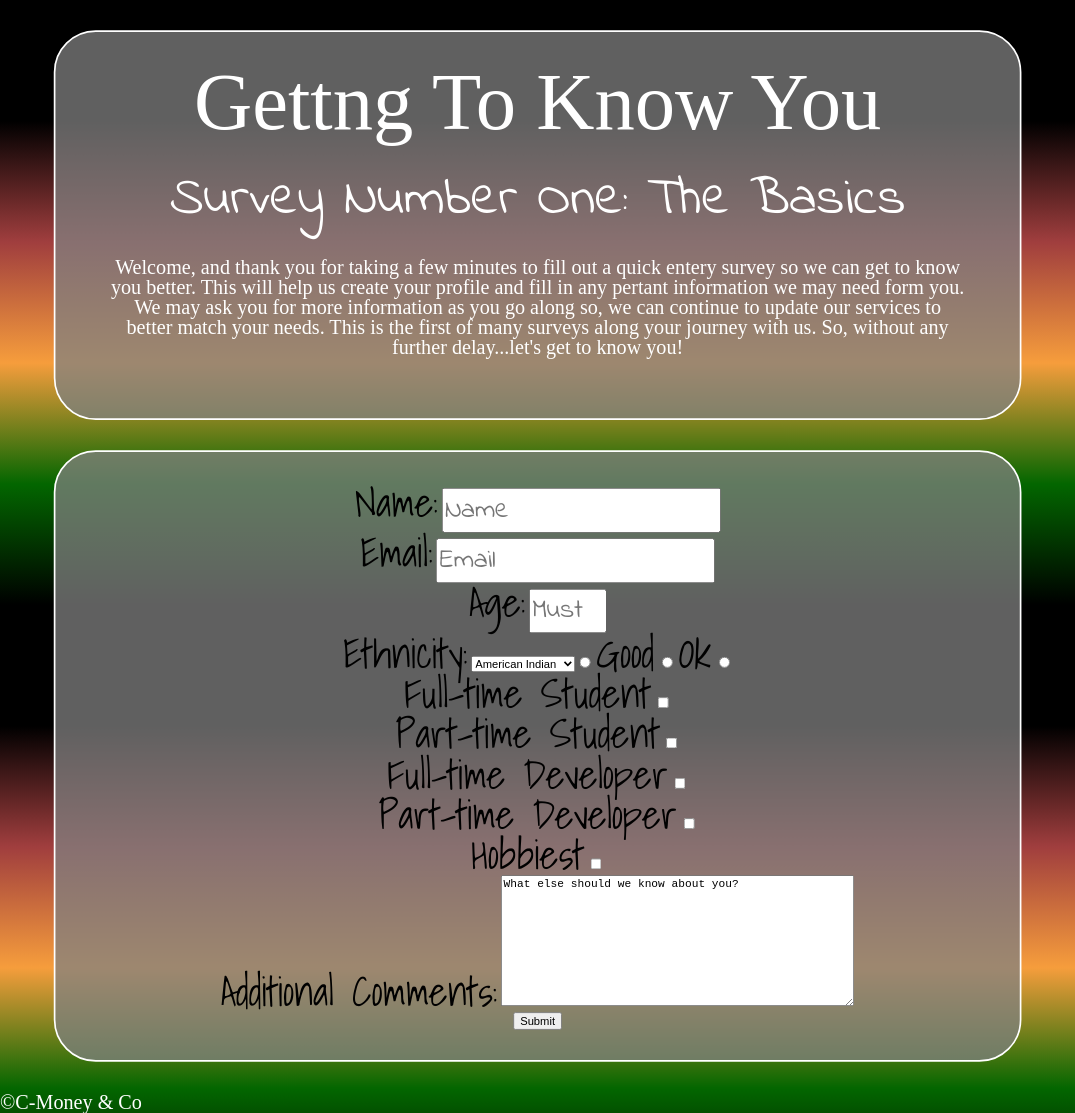
Repository: ctcoleman/surveyForm
Page: index.html
The author's editor kept a copy of each file at every save. The page is drawn from the files as they stood at one save, then again after the next save.
The browser window is 1280 px wide. The pictures show the whole page, at 84% of full size.
Some web fonts or font styles are not loaded; a fallback is used.

Above is the page before, as saved 2020-06-29 11:14:36.

After the next save:
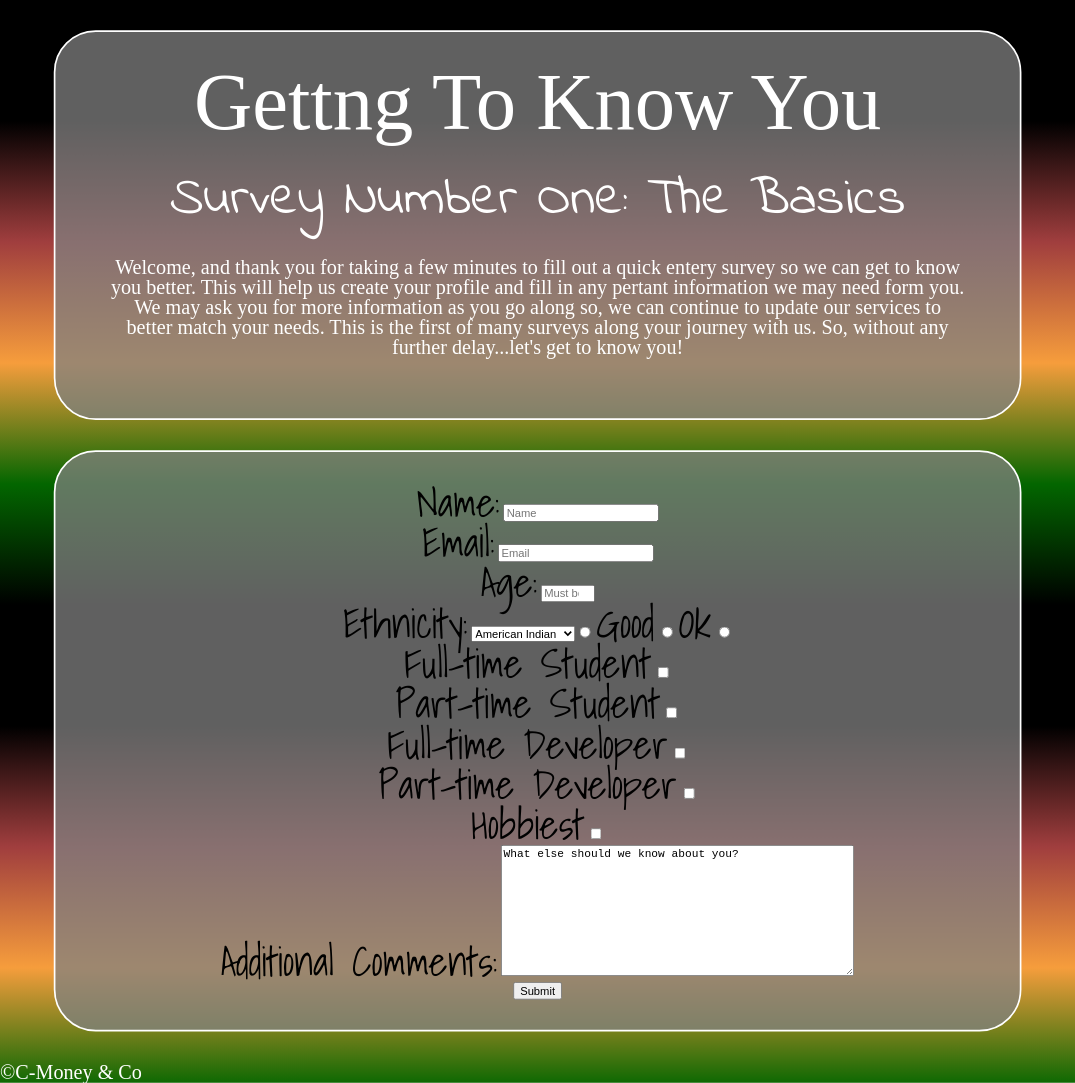
Saved 48 s later.
--- a/assets/stylesheets/index.css
+++ b/assets/stylesheets/index.css
@@ -122,7 +122,8 @@ header {
   font-size: 3rem;
   font-family: 'Shadows Into Light', cursive;
 }
-#surveyForm input {
+#surveyForm input,
+ {
   font-size: 2rem;
   font-family: 'Indie Flower', cursive;
 }
